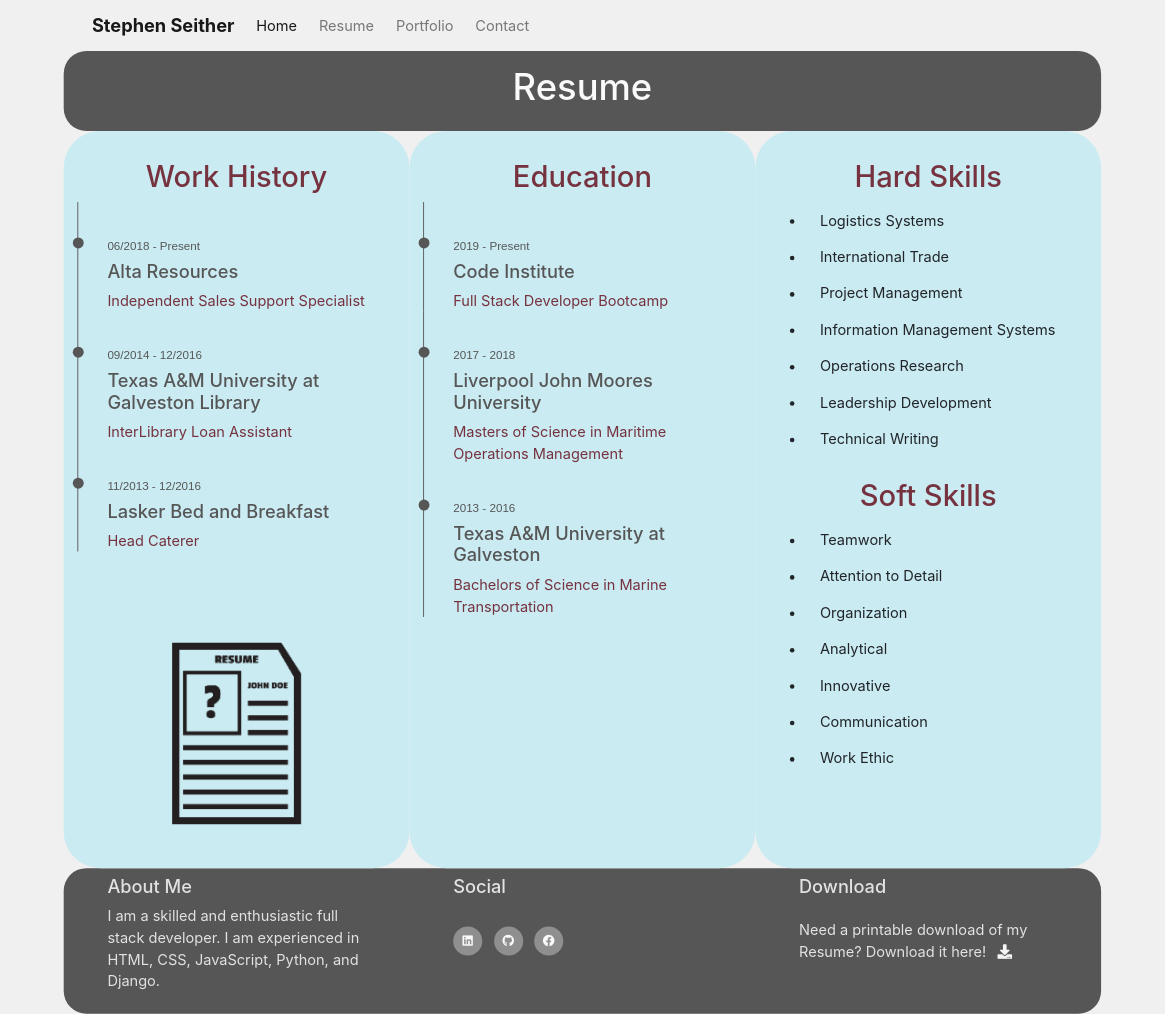
Repository: stephenseither/First-Milestone-Project
Page: experience.html
The author's editor kept a record of every edit. The page is drawn from the files as they stood at one moment, then again after the next edit.
The browser window is 1280 px wide. The pictures show the whole page, at 91% of full size.
Some web libraries are served in a nearby version.

Above is the page before.

### experience.html
<!DOCTYPE html>
<html lang="en">

<head>
    <meta charset="UTF-8">
    <meta name="viewport" content="width=device-width, initial-scale=1.0">
    <meta http-equiv="X-UA-Compatible" content="ie=edge">
    <link rel="stylesheet" href="https://stackpath.bootstrapcdn.com/bootstrap/4.3.1/css/bootstrap.min.css" integrity="sha384-ggOyR0iXCbMQv3Xipma34MD+dH/1fQ784/j6cY/iJTQUOhcWr7x9JvoRxT2MZw1T" crossorigin="anonymous">
    <link rel="stylesheet" href="https://use.fontawesome.com/releases/v5.10.2/css/all.css" integrity="sha384-rtJEYb85SiYWgfpCr0jn174XgJTn4rptSOQsMroFBPQSGLdOC5IbubP6lJ35qoM9" crossorigin="anonymous">
    <link rel="stylesheet" href="assets/css/style.css" type="text/css" />
    <title>Document</title>
</head>

<body>
    <div class="container">
        <div class="row">
            <div class="col">
                <nav class="navbar navbar-light bg-navbar navbar-expand-sm">
                    <a href="index.html" class="navbar-brand font-weight-bold">Stephen Seither</a>

                    <button class="navbar-toggler ml-auto" type="button" data-toggle="collapse" data-target="#navbarNavDropdown" aria-controls="navbarNavDropdown" aria-expanded="false" aria-label="Toggle navigation">
            <span class="navbar-toggler-icon"></span></button>

                    <div class="collapse navbar-collapse" id="navbarNavDropdown">
                        <ul class="navbar-nav mr-auto">
                            <li class="active nav-item mr-2"><a class="nav-link" href="index.html">Home</a></li>
                            <li class="nav-item mr-2"><a class="nav-link" href="experience.html">Resume</a></li>
                            <li class="nav-item mr-2"><a class="nav-link" href="portfolio.html">Portfolio</a></li>
                            <li class="nav-item mr-2"><a class="nav-link" href="contact.html">Contact</a></li>
                        </ul>
                    </div>
                </nav>
            </div>
        </div>
    </div>

    <div class="container">
        <div class="row">
            <div class="col resume heading bg-header py-3">
                <h1 class="uppercase">
                    Resume
                </h1>
            </div>
        </div>
    </div>

    <div class="container">
        <div class="row">
            <div class="col-md-4 bg-work-timeline pb-5 work-timeline">
                <div class="work-history pt-4">
                    <h2>Work History</h2>
                </div>
                <div class="history-items">
                    <div class="timeline-item" data-dates="06/2018 - Present">
                        <h5> Alta Resources</h5>
                            <p>Independent Sales Support Specialist</p>
                    </div>
                    <div class="timeline-item" data-dates="09/2014 - 12/2016">
                        <h5> Texas A&M University at Galveston Library </h5>
                            <p>InterLibrary Loan Assistant</p>
                    </div>
                    <div class="timeline-item" data-dates="11/2013 - 12/2016">
                        <h5> Lasker Bed and Breakfast</h5>
                            <p>Head Caterer</p>
                    </div>
                </div>
                <div class="resume-link">
                    <a href="assets/resume/resume.pdf" target="_blank">
                        <img src="assets/images/resume.png" class="rounded mx-auto d-block" alt="Resume">
                    </a>
                </div>
            </div>
            <div class="col-md-4 bg-school-timeline school-timeline pb-5">
                <div class="school pt-4">
                    <h2>Education</h2>
                </div>
                <div class="school-item" data-dates="2019 - Present">
                    <h5>Code Institute</h5>
                        <p>Full Stack Developer Bootcamp</p>
                </div>
                <div class="school-item" data-dates="2017 - 2018">
                    <h5>Liverpool John Moores University</h5>
                        <p>Masters of Science in Maritime Operations Management</p>
                </div>
                <div class="school-item" data-dates="2013 - 2016">
                    <h5>Texas A&M University at Galveston</h5>
                        <p>Bachelors of Science in Marine Transportation</p>
                </div>
            </div>



            <div class="col-md-4 bg-skills skills-list pb-5">
                <div class="skills pt-4">
                    <h2>Hard Skills</h2>
                </div>
                <ul>
                    <li class="px-3 py-2">Logistics Systems</li>
                    <li class="px-3 py-2">International Trade</li>
                    <li class="px-3 py-2">Project Management</li>
                    <li class="px-3 py-2">Information Management Systems</li>
                    <li class="px-3 py-2">Operations Research</li>
                    <li class="px-3 py-2">Leadership Development</li>
                    <li class="px-3 py-2">Technical Writing</li>
                </ul>

                <div class="skills">
                    <h2>Soft Skills</h2>
                </div>
                <ul>
                    <li class="px-3 py-2">Teamwork</li>
                    <li class="px-3 py-2">Attention to Detail</li>
                    <li class="px-3 py-2">Organization</li>
                    <li class="px-3 py-2">Analytical</li>
                    <li class="px-3 py-2">Innovative</li>
                    <li class="px-3 py-2">Communication</li>
                    <li class="px-3 py-2">Work Ethic</li>
                </ul>
            </div>
        </div>
    </div>



    <footer>
        <div class="container footer bg-footer">
            <div class="row">
                <div class="col-md-4 px-5 py-2">
                    <h5>About Me</h5>
                    <p>I am a skilled and enthusiastic full stack developer. I am experienced in HTML, CSS, JavaScript, Python, and Django.</p>
                </div>
                <div class="col-md-4 px-5 py-2">
                    <h5 class="uppercase general-sub">Social</h5>
                    <ul class="list-inline social-links-footer py-4">
                        <li class="list-inline-item">
                            <a href="https://www.linkedin.com/in/stephen-seither-254ba7b7" target="_blank">
                                <i class="fab fa-linkedin" aria-hidden="true"></i>
                                <span class="sr-only">LinkedIn</span>
                                </a>
                        </li>
                        <li class="list-inline-item">
                            <a href="https://github.com/stephenseither" target="_blank">
                                    <i class="fab fa-github" aria-hidden="true"></i>
                                    <span class="sr-only">GitHub</span>
                                </a>
                        </li>
                        <li class="list-inline-item">
                            <a href="https://www.facebook.com/stephen.seither" target="_blank">
                                    <i class="fab fa-facebook" aria-hidden="true"></i>
                                    <span class="sr-only">Facebook</span>
                                </a>
                        </li>
                    </ul>
                </div>
                <div class="col-md-4 px-5 py-2">
                    <h5>Download</h5>
                    <p class="py-3">Need a printable download of my Resume? Download it here!
                        <a href="assets/resume/resume.pdf" target="_blank" class="resume-pdf"><i class="fa fa-download" aria-hidden="true"></i>
                        <span class="sr-only">Download link.</span>
                        </a>
                    </p>
                </div>
            </div>
        </div>
    </footer>
    <script src="https://code.jquery.com/jquery-3.3.1.slim.min.js" integrity="sha384-q8i/X+965DzO0rT7abK41JStQIAqVgRVzpbzo5smXKp4YfRvH+8abtTE1Pi6jizo" crossorigin="anonymous"></script>
    <script src="https://cdnjs.cloudflare.com/ajax/libs/popper.js/1.14.3/umd/popper.min.js" integrity="sha384-ZMP7rVo3mIykV+2+9J3UJ46jBk0WLaUAdn689aCwoqbBJiSnjAK/l8WvCWPIPm49" crossorigin="anonymous"></script>
    <script src="https://stackpath.bootstrapcdn.com/bootstrap/4.1.3/js/bootstrap.min.js" integrity="sha384-ChfqqxuZUCnJSK3+MXmPNIyE6ZbWh2IMqE241rYiqJxyMiZ6OW/JmZQ5stwEULTy" crossorigin="anonymous"></script>
</body>

</html>

### assets/css/style.css
/*---------------------------BG Colors---------------------- */

body {
    background-color: #f0f0f0;
}

.bg-navbar {
    background-color: #f0f0f0;
}

.bg-header {
    background-color: #565656;
}

.about-me {
    background-color: #caebf2;
}

.photo {
    background-color: #caebf2;
}

.contact-info {
    background-color: #7395ae;
    color: #fafafa;
    font-weight: normal;
}

.bg-work-timeline {
    background-color: #caebf2;
}

.bg-school-timeline {
    background-color: #caebf2;
}

.bg-skills {
    background-color: #caebf2;
}

.bg-footer {
    background-color: #565656;
}

.bg-button {
    background-color: #caebf2;
}

.bg-portfolio {
    background-color: #caebf2;
}

.bg-contact {
    background-color: #caebf2;
}

/*---------------------------Header---------------------- */

.heading {
    text-align: center;
    border-radius: 25px;
}

.name {
    margin-top: 60px;
    color: #fff;
}

.title {
    color: #e3e1e1;
    margin-bottom: 20px;
}

.social-links {
    margin-left: 40px;
}

.social-links li a i {
    width: 32px;
    height: 32px;
    padding: 12px 2px;
    border-radius: 50%;
    font-size: 13px;
    line-height: 7px;
    text-align: center;
    color: #fafafa;
    background: #8f8f8f;
    transition: all 0.35s ease-in-out, ;
    -moz-transition: all 0.35s ease-in-out;
    -webkit-transition: all 0.35s ease-in-out;
    -o-transition: all 0.35s ease-in-out;
}

.social-links li a i:hover {
    background-color: #b8784b;
    transform: scale(1.5);
    -webkit-transform: scale(1.5);
    -moz-transform: scale(1.5);
    -o-transform: scale(1.5);
}


/*---------------------------About Me---------------------- */

.about-me {
    border-width: 2px 4px;
    border-radius: 40px;
    color: #f5f5f5;
    text-align: left;
}

.about-me p {
    color: #565656;
    font-weight: 500;
}

.photo {
    border-width: 2px 4px;
    border-radius: 40px;
}

h2 {
    color: #76323f;
    padding-top: 8px;
}

/*--------------------------Contact Me Page---------------------- */

.contact-page {
    border-width: 2px 4px;
    border-radius: 40px;
    color: #76323f;
    font-weight: bold;
}

.title-2 {
    color: #76323f;
}

.personal-info-item-2 {
    display: inline-block;
    margin-left: 80px;
    margin-right: 20px;
}

.personal-info-item .title-2,
.personal-info-item .value-2 {
    display: inline-block;
    padding-right: 15px;
}

.center-form {
    padding-top: 10px;
    margin: 0 auto;
}

@media(min-width: 992px) {
    .center-form {
        padding-top: 30px;
        min-height: 240px;
        margin: 0 auto;
        max-width: 70%;
    }
}

button[type="submit"] {
    margin-top: 15px;
    margin-bottom: 20px;
    color: #fafafa;
    background-color: #76323f;
    text-align: center;
}


/*---------------------------Contact Info---------------------- */

.personal-info-item {
    margin-bottom: 10px;
    display: block;
    clear: both;
    font-size: 20px;
}

.personal-info-item .title,
.personal-info-item .value {
    display: inline-block;
    padding-right: 15px;
}

button[type="button"] {
    margin-top: 15px;
    margin-bottom: 20px;
    color: #fafafa;
    background-color: #76323f;
}

.contact-me-btn {
    margin-left: 110px;
}

/*--------------------------Resume---------------------- */

.resume {
    text-align: center;
    color: #fafafa;
    padding: 8px;
}

.resume-link {
    margin-top: 100px;
    transition: all 0.35s ease-in-out, ;
    -moz-transition: all 0.35s ease-in-out;
    -webkit-transition: all 0.35s ease-in-out;
    -o-transition: all 0.35s ease-in-out;
}

.resume-link:hover {
    transform: scale(1.5);
    -webkit-transform: scale(1.2);
    -moz-transform: scale(1.2);
    -o-transform: scale(1.2);
}


.work-history {
    color: #565656;
    text-align: center;
}

.work-timeline {
    border-width: 2px 4px;
    border-radius: 40px;
}

.timeline-item {
    padding: 4em 2em 0em 2em;
    position: relative;
    color: #565656;
    border-left: 1px solid;
}

.timeline-item p {
    padding: 0;
    margin: 0;
    color: #76323f;
}

.timeline-item:before {
    content: attr(data-dates);
    position: absolute;
    left: 2.5em;
    top: 3em;
    display: block;
    font-family: "Exo", sans-serif;
    font-weight: 500;
    font-size: 0.8em;
    padding: 0;
    margin: 0;
}

.timeline-item:after {
    width: 12px;
    height: 12px;
    display: block;
    top: 2.4em;
    position: absolute;
    left: -6px;
    border-radius: 12px;
    content: '';
    background-color: #565656;
}


.school {
    color: #565656;
    text-align: center;
}

.school-item {
    padding: 4em 2em 0em 2em;
    position: relative;
    color: #565656;
    border-left: 1px solid;
}


.school-timeline {
    border-width: 2px 4px;
    border-radius: 40px;
}

.school-item p {
    padding: 0;
    margin: 0;
    color: #76323f;
}

.school-item:before {
    content: attr(data-dates);
    position: absolute;
    left: 2.5em;
    top: 3em;
    display: block;
    font-family: "Exo", sans-serif;
    font-weight: 500;
    font-size: 0.8em;
    padding: 0;
    margin: 0;
}

.school-item:after {
    width: 12px;
    height: 12px;
    display: block;
    top: 2.4em;
    position: absolute;
    left: -6px;
    border-radius: 12px;
    content: '';
    background-color: #565656;
}

.skills {
    color: #565656;
    text-align: center;
}

.skills-list {
    border-width: 2px 4px;
    border-radius: 40px;
}


/*---------------------------Footer---------------------------*/

.footer {
    border-radius: 25px;
    color: #e3e1e1
}


.social-links-footer li a i {
    width: 32px;
    height: 32px;
    padding: 12px 2px;
    border-radius: 50%;
    font-size: 13px;
    line-height: 7px;
    text-align: center;
    color: #fafafa;
    background: #8f8f8f;
    transition: all 0.35s ease-in-out, ;
    -moz-transition: all 0.35s ease-in-out;
    -webkit-transition: all 0.35s ease-in-out;
    -o-transition: all 0.35s ease-in-out;
}

.social-links-footer li a i:hover {
    background-color: #b8784b;
    transform: scale(1.5);
    -webkit-transform: scale(1.5);
    -moz-transform: scale(1.5);
    -o-transform: scale(1.5);
}

.resume-pdf i {
    color: #f5f5f5;
    padding-left: 8px;
    transition: all 0.35s ease-in-out, ;
    -moz-transition: all 0.35s ease-in-out;
    -webkit-transition: all 0.35s ease-in-out;
    -o-transition: all 0.35s ease-in-out;
}

.resume-pdf i:hover {
    color: #b8784b;
    transform: scale(1.5);
    -webkit-transform: scale(1.5);
    -moz-transform: scale(1.5);
    -o-transform: scale(1.5);
}

/*---------------------------Portfolio---------------------------*/

.portfolio {
    border-width: 2px 4px;
    border-radius: 40px;
}

.portfolio-item {
    transition: all 0.35s ease-in-out, ;
    -moz-transition: all 0.35s ease-in-out;
    -webkit-transition: all 0.35s ease-in-out;
    -o-transition: all 0.35s ease-in-out;
}

.portfolio-item:hover {
    transform: scale(1.2);
    -webkit-transform: scale(1.2);
    -moz-transform: scale(1.2);
    -o-transform: scale(1.2);
}

.img-wrap {
  position: relative;
  height: 285px;
  width: 300px;
}

.img-description {
  position: absolute;
  top: 0;
  bottom: 0;
  left: 0;
  right: 0;
  background: rgba(29, 106, 154, 0.5);
  color: #fff;
  visibility: hidden;
  opacity: 0;
  text-align: center;

  /* transition effect. not necessary */
  transition: opacity .2s, visibility .2s;
}

.img-wrap:hover .img-description {
  visibility: visible;
  opacity: 1;
}
.hvr-sweep-to-bottom:before {
    background: rgba(0, 0, 0, 0.4);
    height: 360px;
    z-index: 1;
}

.progress {
    position: relative;
    height: 25px;
    margin-bottom: 4px;
}

.progress-type {
    position: absolute;
    left: 0px;
    font-weight: 400;
    padding: 3px 30px 2px 10px;
    color: #fafafa;
    background-color: rgba(25, 25, 25, 0.2);
}

After the next edit:
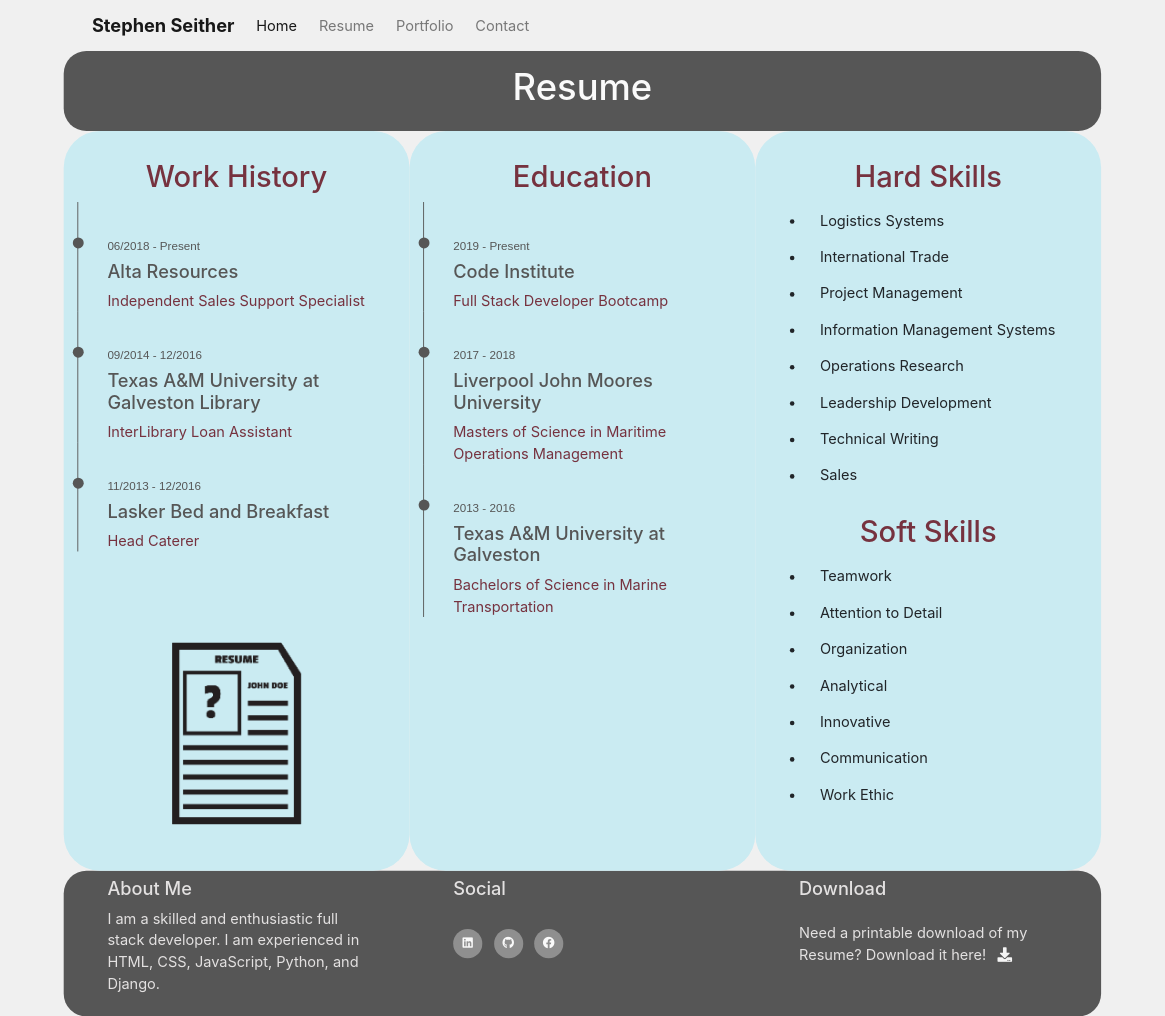
The edit:
--- a/experience.html
+++ b/experience.html
@@ -102,6 +102,7 @@
                     <li class="px-3 py-2">Operations Research</li>
                     <li class="px-3 py-2">Leadership Development</li>
                     <li class="px-3 py-2">Technical Writing</li>
+                    <li class="px-3 py-2">Sales</li>
                 </ul>
 
                 <div class="skills">
